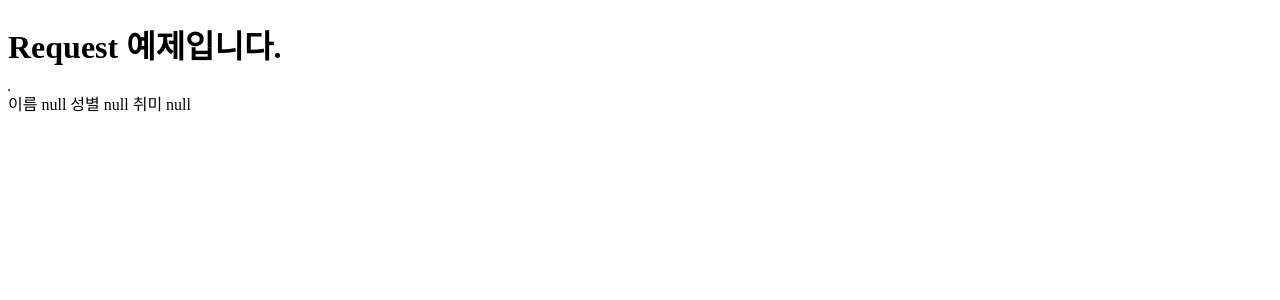
Repository: hyeri-seo/JSP
Page: http://localhost/JspExam5/requestTest1.jsp
The author's editor kept a copy of each file at every save. The page is drawn from the files as they stood at one save, then again after the next save.
The browser window is 1280 px wide. The pictures show the whole page.
The page is served by Tomcat 9. Other server files are loaded and not shown.

Above is the page before, as saved 2023-09-20 03:46:53.

### JspExam5/src/main/webapp/requestTest1.jsp
<%@ page language="java" contentType="text/html; charset=UTF-8"
    pageEncoding="UTF-8"%>
<!DOCTYPE html>
<html>
<head>
<meta charset="UTF-8">
<title>Insert title here</title>
</head>
<body>
<h1>Request 예제입니다.</h1>
<table border="1" style="width:'400px'">
</table>
	<tr>
		<td>이름</td>
		<td><%=request.getParameter("name") %></td>
	</tr>
	<tr>
		<td>성별</td>
		<td><%=request.getParameter("gender") %></td>
	</tr>
	<tr>
		<td>취미</td>
		<td><%=request.getParameter("gender") %></td>
	</tr>
</body>
</html>

After the next save:
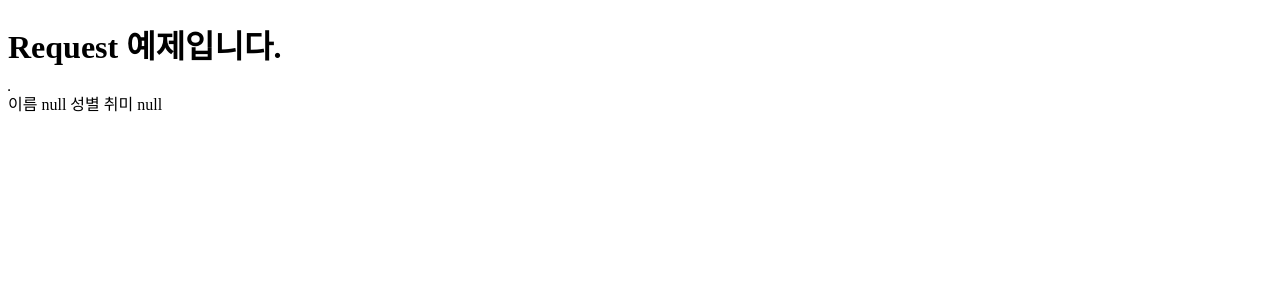
Saved 14 s later.
--- a/JspExam5/src/main/webapp/requestTest1.jsp
+++ b/JspExam5/src/main/webapp/requestTest1.jsp
@@ -16,7 +16,10 @@
 	</tr>
 	<tr>
 		<td>성별</td>
-		<td><%=request.getParameter("gender") %></td>
+		<td>
+		<%
+
+		%></td>
 	</tr>
 	<tr>
 		<td>취미</td>
